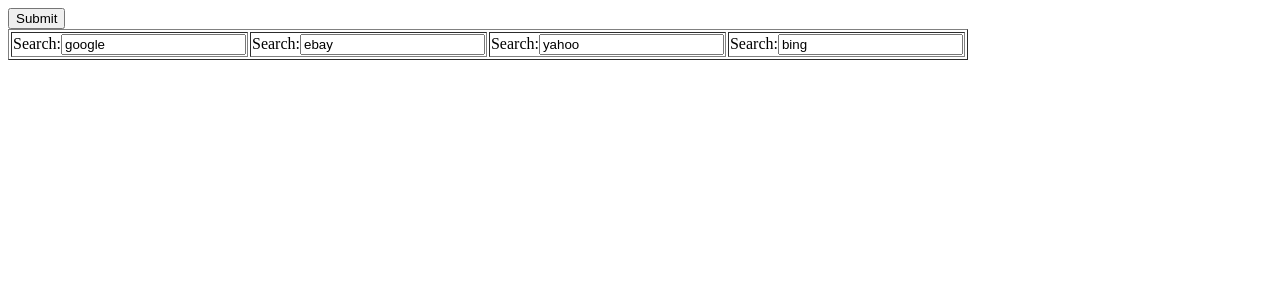
Repository: enrn/cyberCheck
Page: myFirstWebProject/WebContent/SearchEngine.html
These files come from the project's save history. The page is drawn as it stood at one moment and after the next save; the edit follows.
The browser window is 1280 px wide. The pictures show the whole page.

Above is the page before, as saved 2017-09-23 00:54:55.

### myFirstWebProject/WebContent/SearchEngine.html
<!DOCTYPE html>
<html>
<head>
<meta charset="UTF-8">
<title>Search Engine</title>
</head>
<body>
	<form action="/myFirstWebProject/SearchServlet/" method="get">
		<table border=1>
			<tr>
				<td>Search:<input type="text" name="name" value="google"></td>
				<td>Search:<input type="text" name="name" value="ebay"></td>
				<td>Search:<input type="text" name="name" value="yahoo"></td>
				<td>Search:<input type="text" name="name" value="bing"></td>
				<input type="submit">
				</tr>

		</table>

	</form>

</body>
</html>

After the next save:
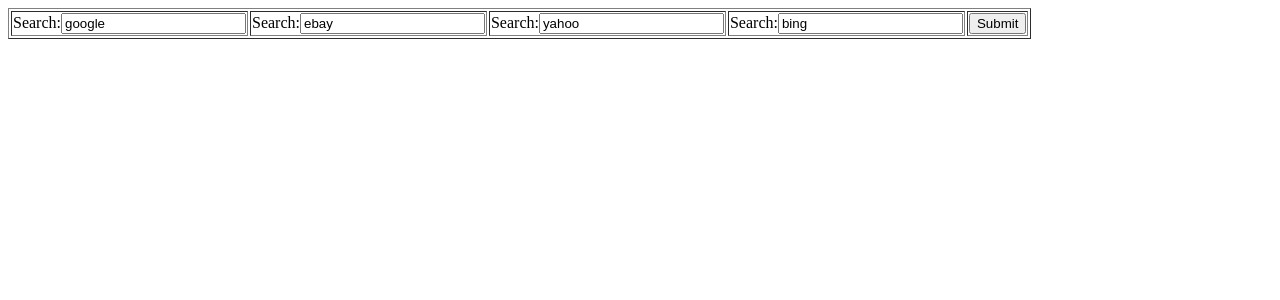
Saved 60 s later.
--- a/myFirstWebProject/WebContent/SearchEngine.html
+++ b/myFirstWebProject/WebContent/SearchEngine.html
@@ -12,11 +12,11 @@
 				<td>Search:<input type="text" name="name" value="ebay"></td>
 				<td>Search:<input type="text" name="name" value="yahoo"></td>
 				<td>Search:<input type="text" name="name" value="bing"></td>
-				<input type="submit">
+				<td><input type="submit"></td>
 				</tr>
 
 		</table>
-
+	</form>
 	</form>
 
 </body>
